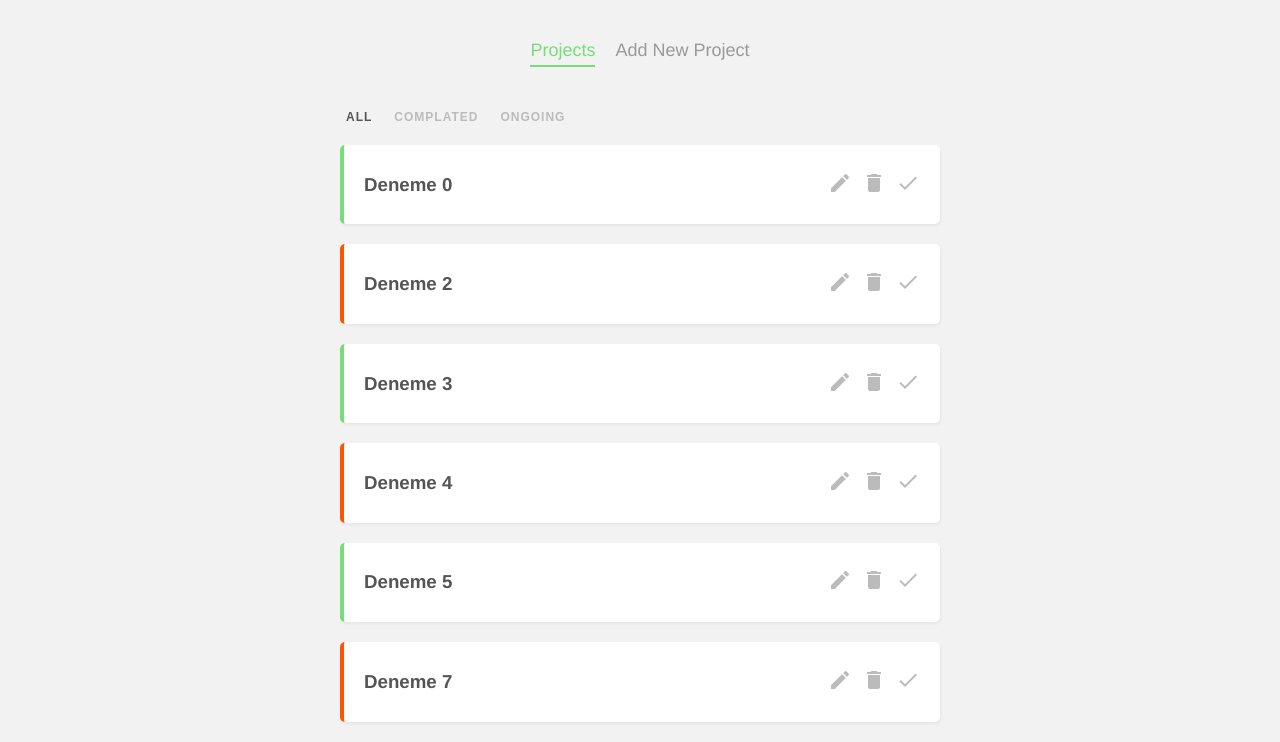
Repository: sercanisli/task-app
Page: /
An editor plug-in stored every save of this project. The page is shown before and after the next save, followed by the edit.
The browser window is 1280 px wide. The pictures show the whole page.
The project was rebuilt for these pictures with package versions that can differ from the ones it lists, and the page was loaded fresh each time. Requests to the local data server were answered from the project's data file. Also part of the build but not shown: vue.config.js, src/assets/main.css. Imported but missing from the stored project, and not drawn on this page: src/views/AddProject.vue.

Above is the page before, as saved 2024-05-03 20:08:34.

### public/index.html
<!DOCTYPE html>
<html lang="">
  <head>
    <meta charset="utf-8">
    <meta http-equiv="X-UA-Compatible" content="IE=edge">
    <meta name="viewport" content="width=device-width,initial-scale=1.0">
    <link rel="icon" href="<%= BASE_URL %>favicon.ico">
    <title><%= htmlWebpackPlugin.options.title %></title>
    <link href="https://fonts.googleapis.com/icon?family=Material+Icons"
      rel="stylesheet">
  </head>
  <body>
    <noscript>
      <strong>We're sorry but <%= htmlWebpackPlugin.options.title %> doesn't work properly without JavaScript enabled. Please enable it to continue.</strong>
    </noscript>
    <div id="app"></div>
    <!-- built files will be auto injected -->
  </body>
</html>

### src/App.vue
<template>
  <div>
    <Navbar />
    <router-view/>
  </div>
</template>

<script>
import Navbar from "./components/Navbar.vue";
  export default {
    components:{
      Navbar
    }
  }
</script>

<style>
body{
  background: #f2f2f2;
}
#app {
  font-family: Avenir, Helvetica, Arial, sans-serif;
  -webkit-font-smoothing: antialiased;
  -moz-osx-font-smoothing: grayscale;
  max-width: 600px;
  margin: 0 auto;
  color: #555;
}
</style>

### src/router/index.js
import { createRouter, createWebHistory } from 'vue-router'
import Home from '../views/Home.vue'

const routes = [
  {
    path: '/',
    name: 'home',
    component: Home
  },
  {
    path: '/add',
    name: 'AddProject',
    component: () => import('../views/AddProject.vue')
  },
  {
    path: '/project/:id',
    name: 'EditProject',
    component: () => import('../views/EditProject.vue'),
    props:true
  },
  {
    path: '/welcome',
    name: 'Welcome',
    component: () => import('../views/Welcome.vue'),
  }
]

const router = createRouter({
  history: createWebHistory(process.env.BASE_URL),
  routes
})

export default router

### src/components/Navbar.vue
<template>
    <nav class="main-nav">
      <router-link :to="{ name: 'home' }">Projects</router-link>
      <router-link :to="{ name: 'AddProject' }">Add New Project</router-link>
    </nav>
  </template>

  <script>
  export default {};
  </script>

  <style>
  .main-nav {
    text-align: center;
    margin: 40px auto;
  }
  .main-nav a {
    display: inline-block;
    text-decoration: none;
    margin: 0 10px;
    color: #999;
    font-size: 18px;
  }
  a.router-link-active {
    border-bottom: 2px solid #76dd78;
    padding-bottom: 4px;
    color: #76dd78;
  }
  </style>

### src/views/Home.vue
<template>
  <div class="home">
    <FilterNav @filterChange="current = $event" :current="current"/>
    <div v-if="projects.length">
      <div v-for="prj in filteredProjects" :key="prj.id">
        <SingleProject
          :project="prj"
          @delete="handleDelete"
          @complete="handleComplete"
        />
      </div>
    </div>
  </div>
</template>

<script>
import SingleProject from '../components/SingleProject'
import FilterNav from '../components/FilterNav.vue'
export default {
  name: 'Home',
  components: {
    SingleProject,
    FilterNav
  },
  data(){
    return{
      projects:[],
      current:'all'
    }
  },
  mounted(){
    fetch('http://localhost:3000/projects')
      .then(response => response.json())
      .then(data => this.projects = data)
      .catch(error => console.log(error.message))
  },
  methods: {
    handleDelete(id){
      this.projects = this.projects.filter((project) => project.id !== id)
    },
    handleComplete(id){
      let p = this.projects.find(prj => prj.id === id );
      p.complete = !p.complete;
    }
  },
  computed: {
    filteredProjects() {
      if (this.current === "completed") {
        return this.projects.filter((project) => project.complete);
      }
      if (this.current === "ongoing") {
        return this.projects.filter((project) => !project.complete);
      }
      return this.projects;
    },
  },
}
</script>

<style >
.project {
  margin: 20px auto;
  background: #fff;
  padding: 10px 20px;
  border-radius: 5px;
  box-shadow: 1px 2px 3px rgba(0, 0, 0, 0.05);
  border-left: 4px solid #ff5500;
}
h3 {
  cursor: pointer;
}
.actions {
  display: flex;
  justify-content: space-between;
  align-items: center;
}
.material-icons {
  font-size: 24px;
  margin-left: 10px;
  color: #bbb;
  cursor: pointer;
}
.material-icons:hover {
  color: #777;
}
.project.complete {
  border-left: 4px solid #76dd78;
}
.project.complete .tick {
  color: #76dd78;
}
</style>

### src/components/SingleProject.vue
<template>
  <div class="project" :class="{ complete: project.complete }">
    <div class="actions">
        <h3 @click="showDetails = !showDetails">{{ project.title }}</h3>
        <div class="icons">
          <router-link :to="{name:'EditProject', params:{id:project.id}}">
            <span class="material-icons">edit</span>
          </router-link>
            <span @click="deleteProject" class="material-icons">delete</span>
            <span @click="toggleComplete" class="material-icons">done</span>
        </div>
    </div>
    <div v-if="showDetails" class="details">
        <p>{{ project.details }}</p>
    </div>
  </div>
</template>

<script>
export default {
    props:['project'],
    data(){
        return {
            showDetails: false,
            uri:"http://localhost:3000/projects/" + this.project.id,
        };
    },
    methods:{
      deleteProject(){
        fetch(this.uri, {method:"DELETE"})
          .then(() => this.$emit("delete", this.project.id))
          .catch((err) => console.log(err));
      },
      toggleComplete(){
        fetch(this.uri, {
          method:'PATCH',
          headers: { "Content-Type": "application/json" },
          body: JSON.stringify({ complete: !this.project.complete }),
        })
          .then(() => this.$emit("complete", this.project.id))
          .catch((err) => console.log(err));
      }
    },
};
</script>

<style>
.project {
    margin: 20px auto;
    background: #fff;
    padding: 10px 20px;
    border-radius: 5px;
    box-shadow: 1px 2px 3px rgba(0, 0, 0, 0.05);
    border-left: 4px solid #ff5500;
  }
  h3 {
    cursor: pointer;
  }
  .actions {
    display: flex;
    justify-content: space-between;
    align-items: center;
  }
  .material-icons {
    font-size: 24px;
    margin-left: 10px;
    color: #bbb;
    cursor: pointer;
  }
  .material-icons:hover {
    color: #777;
  }
  .project.complete {
    border-left: 4px solid #76dd78;
  }
  .project.complete .tick {
    color: #76dd78;
  }
</style>

### src/components/FilterNav.vue
<template>
    <nav class="filter-nav">
      <button @click="updateFilter('all')" :class="{ active: current === 'all' }">
        All
      </button>
      <button
        @click="updateFilter('completed')"
        :class="{ active: current === 'completed' }"
      >
        Complated
      </button>
      <button
        @click="updateFilter('ongoing')"
        :class="{ active: current === 'ongoing' }"
      >
        Ongoing
      </button>
    </nav>
  </template>

  <script>
  export default {
    props: ["current"],
    methods: {
      updateFilter(by) {
        this.$emit("filterChange", by);
      },
    },
  };
  </script>

  <style>
  .filter-nav button {
    background: none;
    border: none;
    color: #bbb;
    outline: none;
    font-size: 12px;
    text-transform: uppercase;
    margin-right: 10px;
    letter-spacing: 1px;
    font-weight: bold;
    cursor: pointer;
  }
  .filter-nav button.active {
    color: #555;
  }
  </style>

### data/db.json
{
    "projects": [
      {
        "id": 1,
        "title": "Deneme 0",
        "details": "Lorem Ipsum is simply Lorem Ipsum has been the industry's standard dummy text ever since the 1500s, when an unknown printer took a galley of type and scrambled it to make a type specimen book. aaaaaaaaaaaa",
        "complete": true
      },
      {
        "id": 2,
        "title": "Deneme 2",
        "details": "Lorem Ipsum is simply dummy text of the printing and typesetting industry. Lorem Ipsum has been the industry's standard dummy text ever since the 1500s, when an unknown printer took a galley of type and scrambled it to make a type specimen book.",
        "complete": false
      },
      {
        "id": 3,
        "title": "Deneme 3",
        "details": "Lorem Ipsum has been the industry's standard dummy text ever since the 1500s, when an unknown printer took a galley of type and scrambled it to make a type specimen book.",
        "complete": true
      },
      {
        "id": 4,
        "title": "Deneme 4",
        "details": "Lorem Ipsum is simply dummy text of the printing and typesetting industry. Lorem Ipsum has been the industry's standard dummy text ever since the 1500s.",
        "complete": false
      },
      {
        "title": "Deneme 5",
        "details": "asfasdf gsdg erhdshs thfsgh",
        "complete": true,
        "id": 5
      },
      {
        "title": "Deneme 7",
        "details": "fdgdfg dfhfdgh sfdhsh srthsfhg",
        "complete": false,
        "id": 6
      }
    ]
  }

Loaded but not shown: src/main.js (common file)

After the next save:
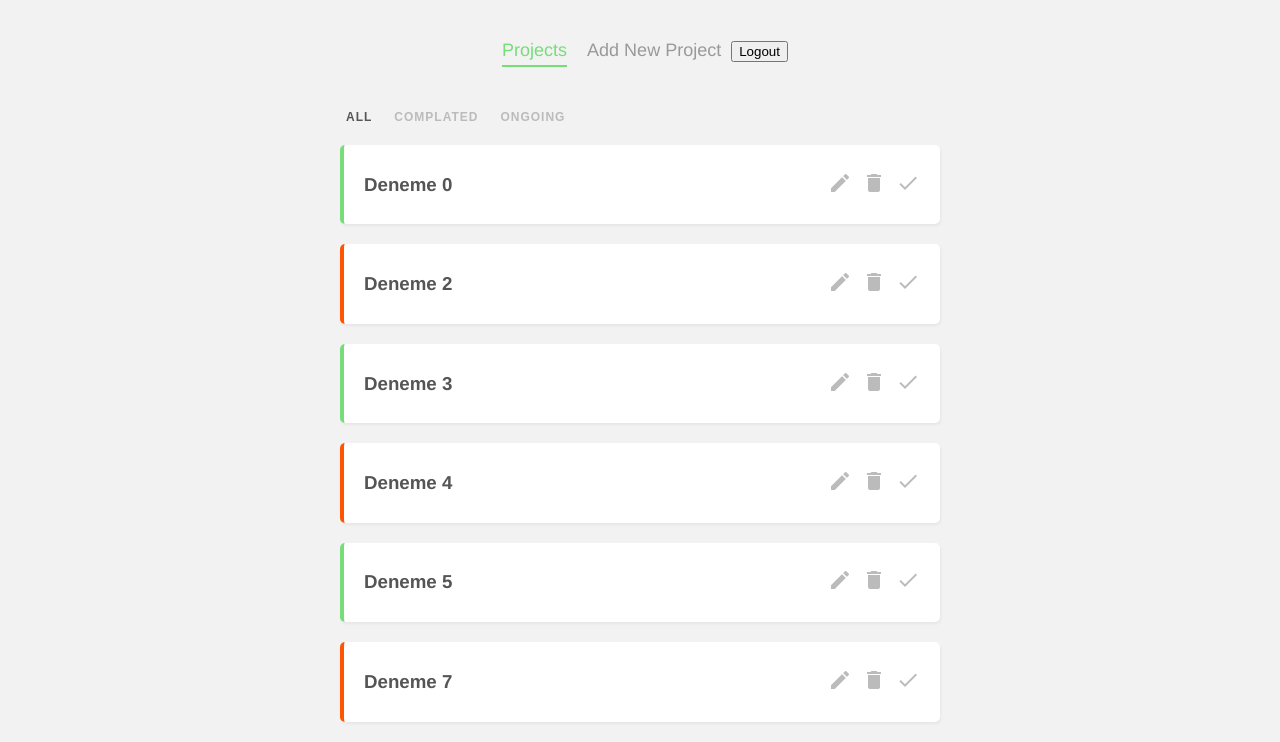
Saved 31 h 8 min later.
--- a/src/components/Navbar.vue
+++ b/src/components/Navbar.vue
@@ -2,6 +2,7 @@
     <nav class="main-nav">
       <router-link :to="{ name: 'home' }">Projects</router-link>
       <router-link :to="{ name: 'AddProject' }">Add New Project</router-link>
+      <button>Logout</button>
     </nav>
   </template>
 
